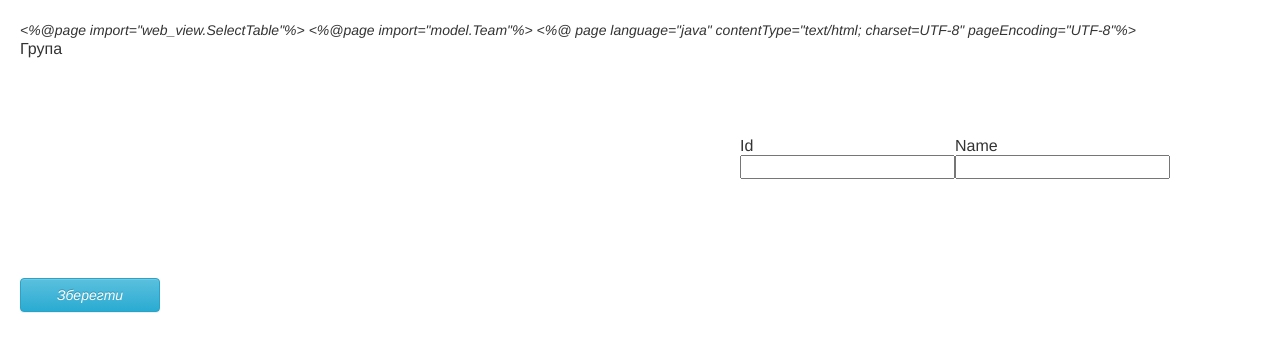
Repository: polik1996/StatisticManager
Page: StatisticsManager/WebContent/inputeGroup.html
An editor plug-in stored every save of this project. The page is shown before and after the next save, followed by the edit.
The browser window is 1280 px wide. The pictures show the whole page.

Above is the page before, as saved 2016-06-16 09:10:05.
Console error (its wording comes from the project's code and is left out).

### StatisticsManager/WebContent/inputeGroup.html
<%@page import="web_view.SelectTable"%>
<%@page import="model.Team"%>
<%@ page language="java" contentType="text/html; charset=UTF-8"
	pageEncoding="UTF-8"%>
<!DOCTYPE html>
<html>
<head>
<meta charset="UTF-8">
<title>Insert title here</title>
<link rel="stylesheet" href="https://maxcdn.bootstrapcdn.com/bootstrap/3.3.4/css/bootstrap.min.css">
   <link rel="stylesheet" href="https://maxcdn.bootstrapcdn.com/bootstrap/3.3.4/css/bootstrap-theme.min.css">
  <script src="https://maxcdn.bootstrapcdn.com/bootstrap/3.3.4/js/bootstrap.min.js"></script>
 <style>
   body {
   font-style: italic;
    margin: 20px; /* Убираем отступы */
   }
  </style>
</head>
<body>
	<form action="OperateTable" target="forTable" method="POST">


		<table width = "998">
		<tr>
		<td>
			Група
		</td>
		</tr>
		<tr>
			<td><iframe name="teamList1" src="teamList1.jsp" width="180" height="200"
			frameborder="0"></iframe></td>
			<td><iframe name="teamList2" src="teamList2.jsp" width="180" height="200"
			frameborder="0"> </iframe></td>
			<td><iframe name="teamList3" src="teamList3.jsp" width="180" height="200"
			frameborder="0"> </iframe></td>
			<td><iframe name="teamList4" src="teamList4.jsp" width="180" height="200"
			frameborder="0"> </iframe></td>
		<td>
			Id <input type="text" name="id">
		</td>
		<td>
			Name <input type="text" name="name">
		</td>
		</tr>
</table>
<br>
<input type="submit" button class="btn btn-info" style = width:140px value="Зберегти">
	</form>
</body>
</html>
</body>
</html>

After the next save:
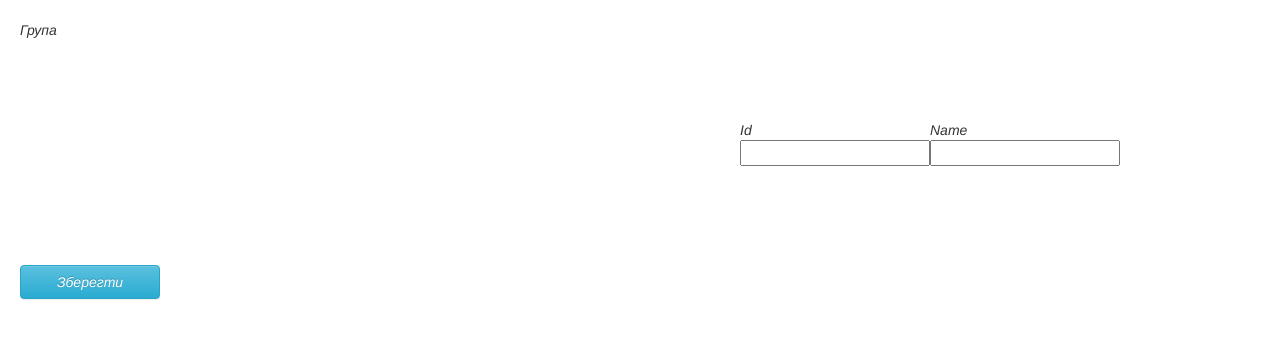
Saved 46 s later.
--- a/StatisticsManager/WebContent/inputeGroup.html
+++ b/StatisticsManager/WebContent/inputeGroup.html
@@ -1,7 +1,3 @@
-<%@page import="web_view.SelectTable"%>
-<%@page import="model.Team"%>
-<%@ page language="java" contentType="text/html; charset=UTF-8"
-	pageEncoding="UTF-8"%>
 <!DOCTYPE html>
 <html>
 <head>
